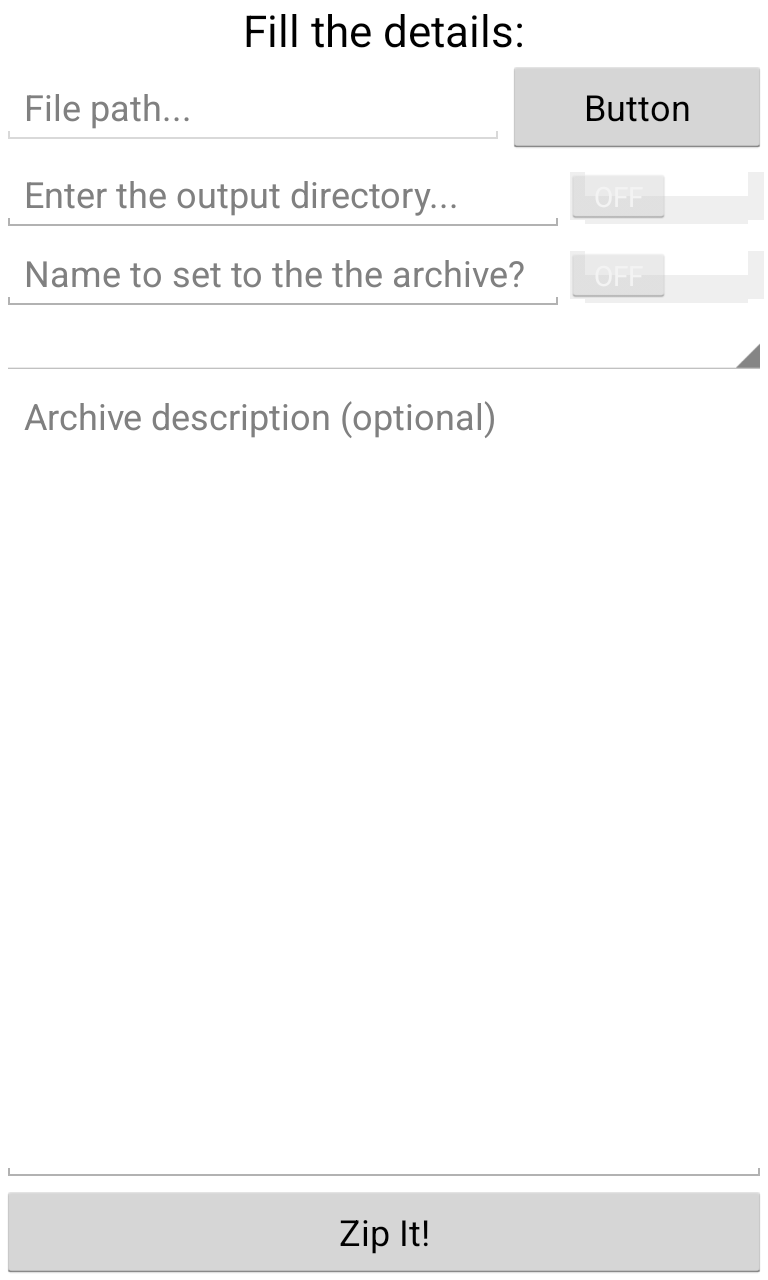
Repository: ya-ivanov/Android-Projects
Layout: Android Projects (OLD)/Zip It!/ZipIt/res/layout/activity_main.xml
The author's editor kept a copy of each file at every save. The layout is drawn from the files as they stood at one save, then again after the next save.
It is drawn on a 768 x 1280 px phone screen (xhdpi) without system bars, with theme AppTheme; the app's code is not run.

Above is the layout before, as saved 2013-12-12 17:55:05.

### Android Projects (OLD)/Zip It!/ZipIt/res/layout/activity_main.xml
<LinearLayout xmlns:android="http://schemas.android.com/apk/res/android"
    android:layout_width="fill_parent"
    android:layout_height="fill_parent"
    android:orientation="vertical" >

    <TextView
        android:id="@+id/textView1"
        android:layout_width="match_parent"
        android:layout_height="wrap_content"
        android:gravity="center_horizontal"
        android:text="Fill the details:"
        android:textAppearance="?android:attr/textAppearanceLarge" />

    <LinearLayout
        android:layout_width="match_parent"
        android:layout_height="wrap_content" >

        <EditText
            android:id="@+id/files"
            android:layout_width="253dp"
            android:layout_height="wrap_content"
            android:ems="10"
            android:enabled="false"
            android:hint="File path..."
            android:singleLine="true" >

            <requestFocus />
        </EditText>

        <Button
            android:id="@+id/button2"
            android:layout_width="match_parent"
            android:layout_height="wrap_content"
            android:text="Button" />

    </LinearLayout>

    <LinearLayout
        android:layout_width="match_parent"
        android:layout_height="wrap_content" >

        <EditText
            android:id="@+id/endDir"
            android:layout_width="match_parent"
            android:layout_height="wrap_content"
            android:layout_weight="1"
            android:ems="10"
            android:hint="Enter the output directory..."
            android:singleLine="true" >
        </EditText>

        <Switch
            android:id="@+id/defaultDir"
            android:layout_width="wrap_content"
            android:layout_height="wrap_content"
            android:text="" />
    </LinearLayout>

    <LinearLayout
        android:layout_width="match_parent"
        android:layout_height="wrap_content" >

        <EditText
            android:id="@+id/archiveName"
            android:layout_width="match_parent"
            android:layout_height="wrap_content"
            android:layout_weight="1"
            android:ems="10"
            android:hint="Name to set to the the archive?"
            android:singleLine="true" />

        <Switch
            android:id="@+id/randName"
            android:layout_width="wrap_content"
            android:layout_height="wrap_content" />

    </LinearLayout>

    <Spinner
        android:id="@+id/spinner"
        android:layout_width="fill_parent"
        android:layout_height="wrap_content" />

    <EditText
        android:id="@+id/editText1"
        android:layout_width="match_parent"
        android:layout_height="wrap_content"
        android:layout_weight="1"
        android:ems="10"
        android:hint="Archive description (optional)"
        android:gravity="top" >

    </EditText>

    <Button
        android:id="@+id/button1"
        android:layout_width="match_parent"
        android:layout_height="wrap_content"
        android:text="Zip It!" />

</LinearLayout>

Loaded but not shown: Android Projects (OLD)/Zip It!/ZipIt/res/values/styles.xml (common file); Android Projects (OLD)/Zip It!/ZipIt/res/values-v11/styles.xml (common file); Android Projects (OLD)/Zip It!/ZipIt/res/values-v14/styles.xml (common file)

After the next save:
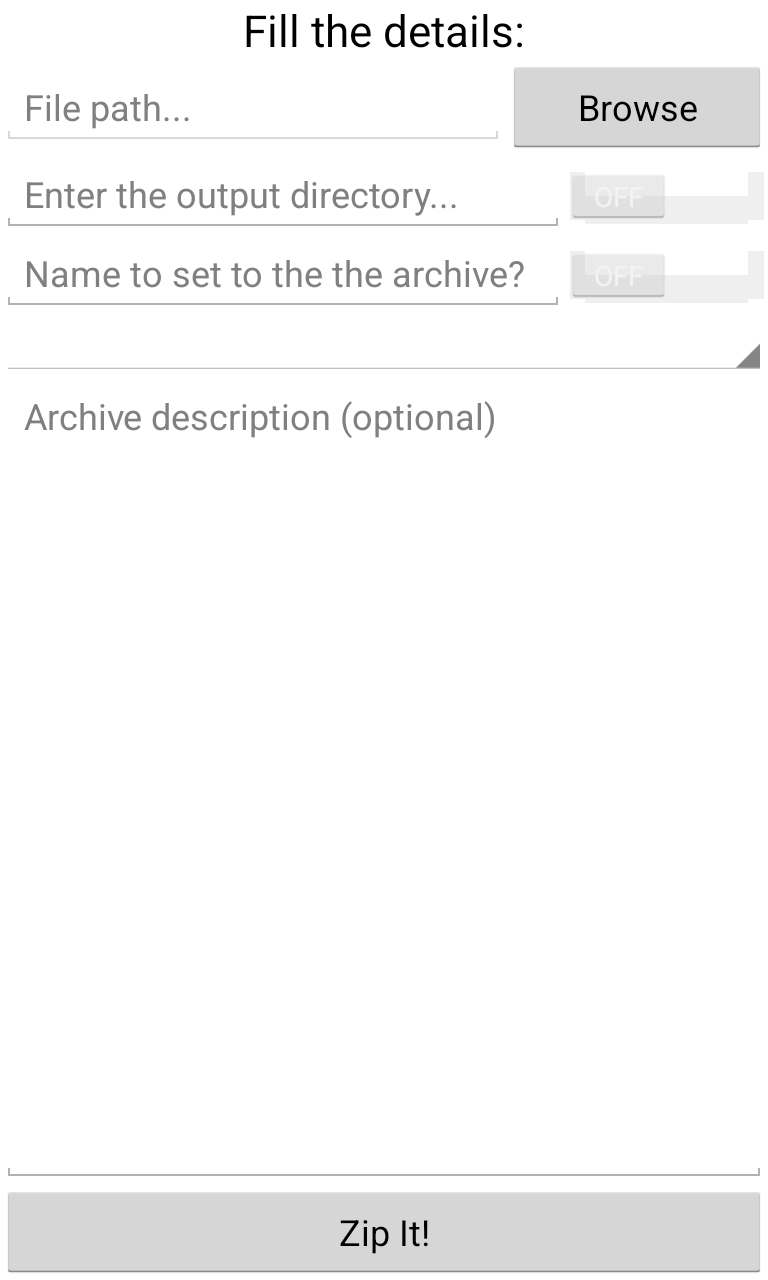
Saved 8 s later.
--- a/Android Projects (OLD)/Zip It!/ZipIt/res/layout/activity_main.xml
+++ b/Android Projects (OLD)/Zip It!/ZipIt/res/layout/activity_main.xml
@@ -31,7 +31,7 @@
             android:id="@+id/button2"
             android:layout_width="match_parent"
             android:layout_height="wrap_content"
-            android:text="Button" />
+            android:text="Browse" />
 
     </LinearLayout>
 
